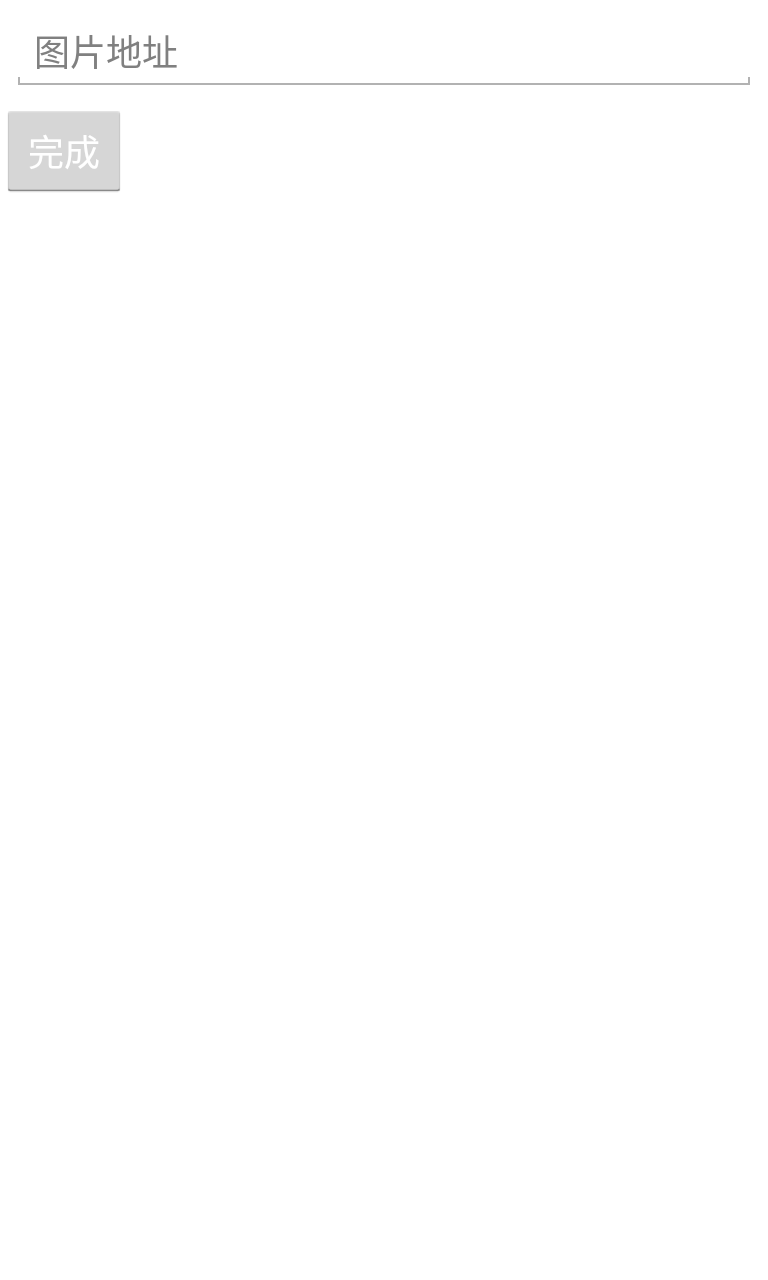
Repository: taiyang0725/Android
Layout: TestViewPage/res/layout/net_pic.xml
The author's editor kept a copy of each file at every save. The layout is drawn from the files as they stood at one save, then again after the next save.
It is drawn on a 768 x 1280 px phone screen (xhdpi) without system bars, with theme AppTheme; the app's code is not run.

Above is the layout before, as saved 2015-05-14 06:39:41.

After the next save:
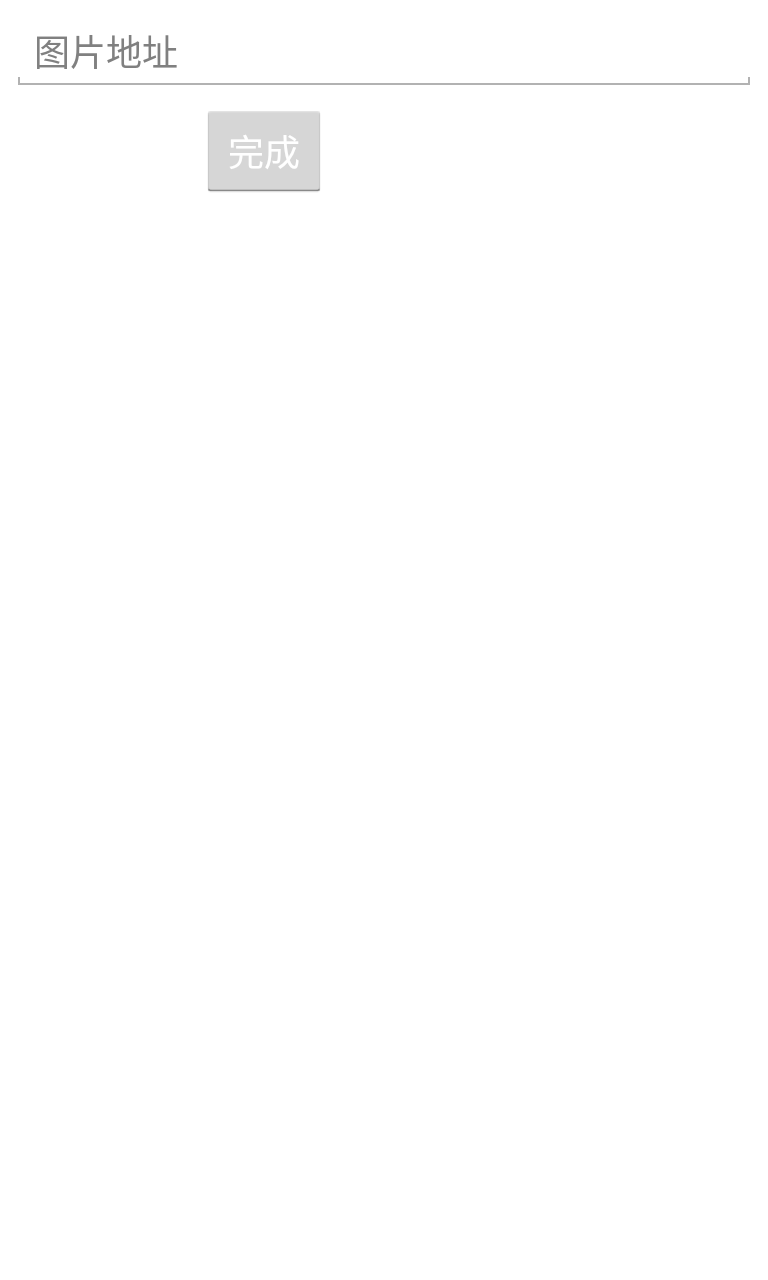
Saved 27 s later.
--- a/TestViewPage/res/layout/net_pic.xml
+++ b/TestViewPage/res/layout/net_pic.xml
@@ -15,7 +15,7 @@
         android:layout_height="wrap_content"
         android:text="完成"
         android:textColor="#FFFFFF"
-        android:layout_marginRight="100dp"
+        android:layout_marginLeft="100dp"
 
         />
 

After the save that followed:
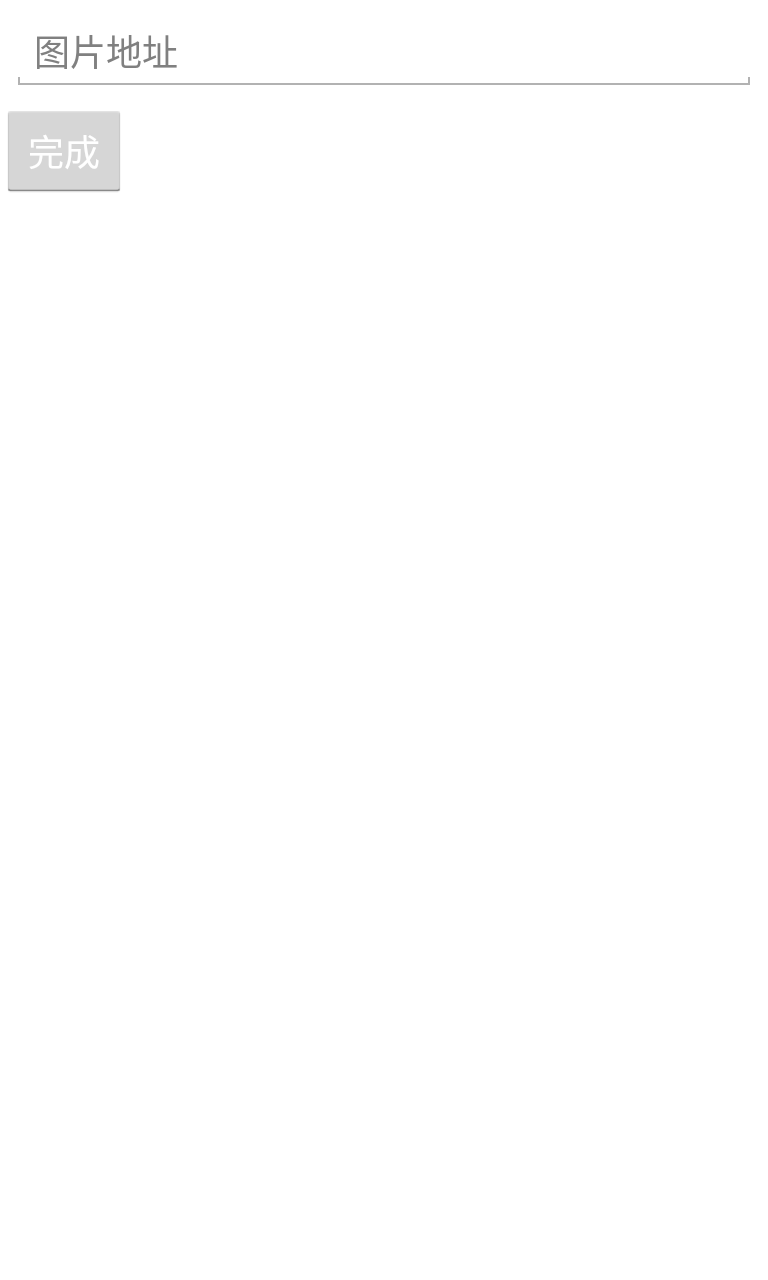
Saved 29 s later.
--- a/TestViewPage/res/layout/net_pic.xml
+++ b/TestViewPage/res/layout/net_pic.xml
@@ -15,8 +15,6 @@
         android:layout_height="wrap_content"
         android:text="完成"
         android:textColor="#FFFFFF"
-        android:layout_marginLeft="100dp"
-
         />
 
 
